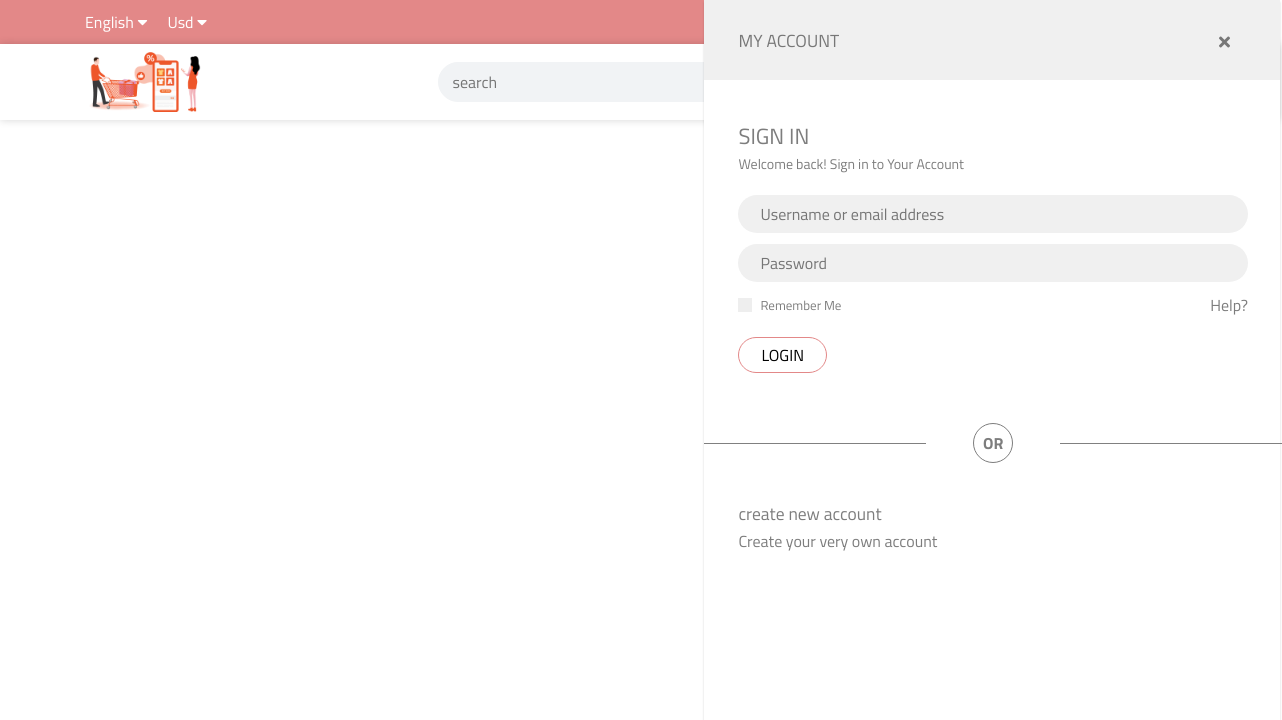
Repository: amrh20/ecommerce-temp
Page: src/index.html
An editor plug-in stored every save of this project. The page is shown before and after the next save, followed by the edit.
The browser window is 1280 px wide. The page is 1282 px wide, so the pictures cover 1282 px, including what lies to the right of the window. The pictures show the whole page.
The style sheet was rebuilt from its Sass, Less or Tailwind sources for each picture, by a compiler version that may differ from the author's.

Above is the page before, as saved 2020-01-19 15:10:03.

After the next save:
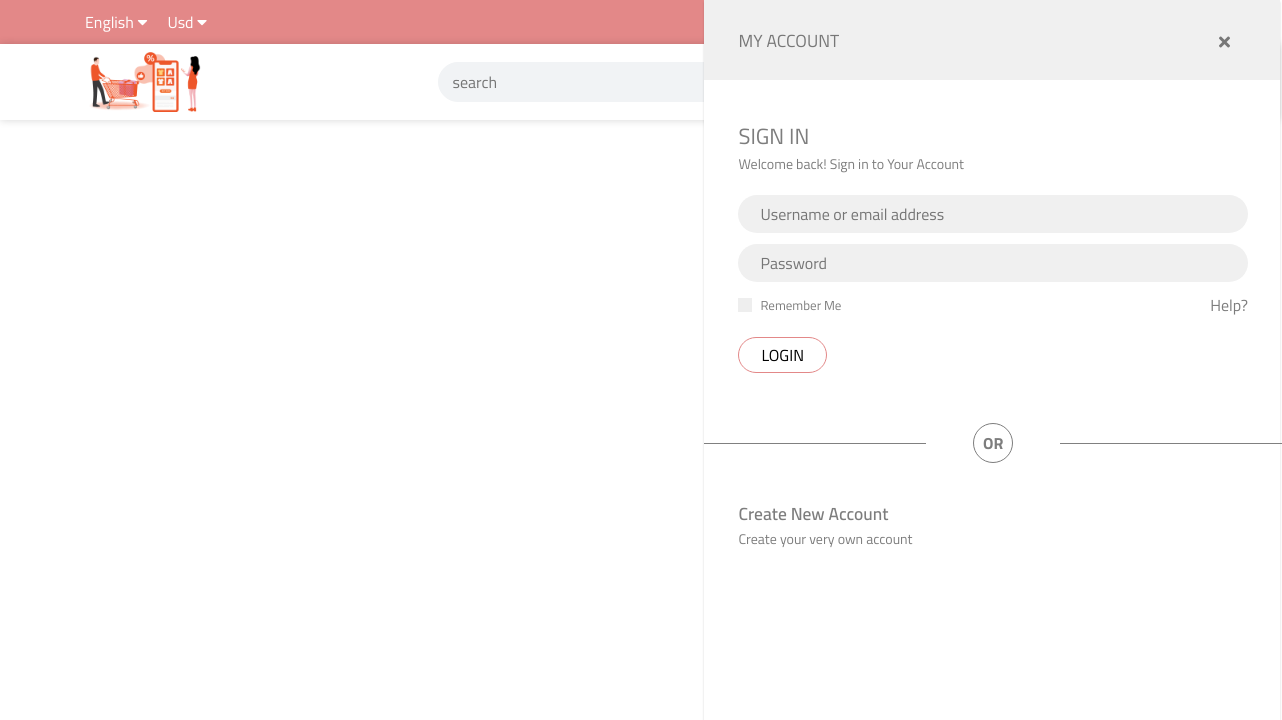
Saved 1 s later.
--- a/src/index.html
+++ b/src/index.html
@@ -299,8 +299,11 @@
             </div>
             <!-- sign up -->
             <div class="signup">
-              <h3>create new account</h3>
-              <p>Create your very own account</p>
+              <div class="sign_in-title">
+                <h3>create new account</h3>
+                <p>Create your very own account</p>
+              </div>
+
             </div>
           </div>
       </div>

After the save that followed:
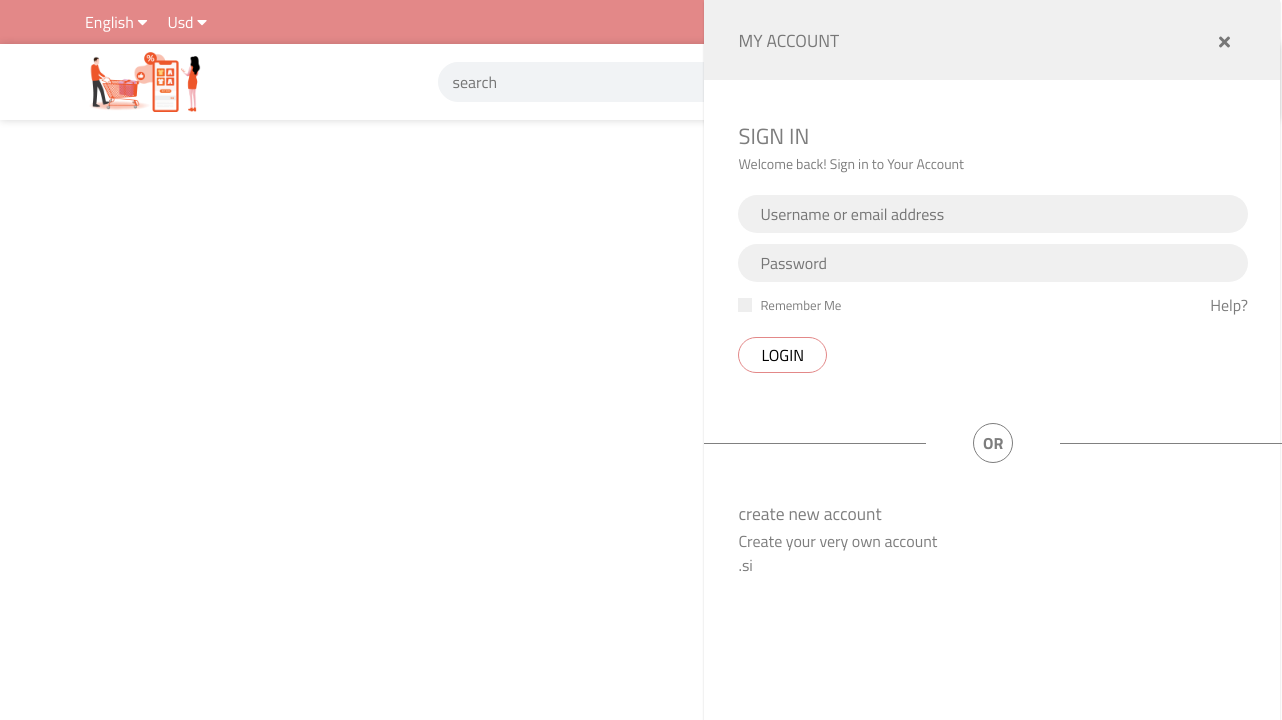
Saved 13 s later.
--- a/src/index.html
+++ b/src/index.html
@@ -299,11 +299,11 @@
             </div>
             <!-- sign up -->
             <div class="signup">
-              <div class="sign_in-title">
+              <div class="signup-title">
                 <h3>create new account</h3>
                 <p>Create your very own account</p>
               </div>
-
+              .si
             </div>
           </div>
       </div>
